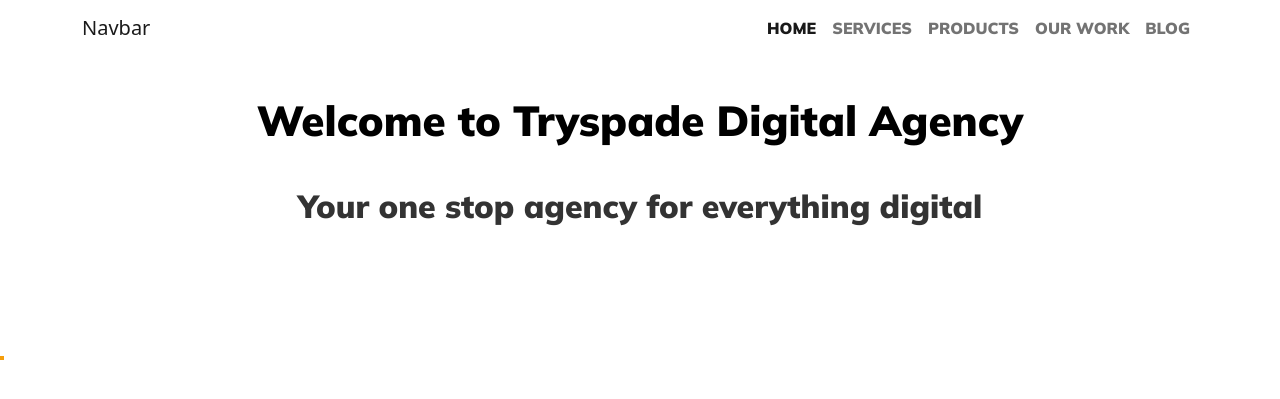
Repository: latenightsnacc/super-octo-fortnight
Page: index.html
These files come from the project's save history. The page is drawn as it stood at one moment and after the next save; the edit follows.
The browser window is 1280 px wide. The pictures show the whole page.
Some web libraries are served in a nearby version. The style sheet was rebuilt from its Sass, Less or Tailwind sources for each picture, by a compiler version that may differ from the author's.

Above is the page before, as saved 2021-01-29 12:14:19.

### index.html
<!DOCTYPE html>
<html lang="en">
<head>
    <meta charset="UTF-8">
    <meta name="viewport" content="width=device-width, initial-scale=1.0">
    <!--Tailwind 2.0.2-->
    <link href="https://cdnjs.cloudflare.com/ajax/libs/tailwindcss/2.0.2/tailwind.min.css" rel="stylesheet">
    <!--Font Awesome 5.15.1-->
    <link rel="stylesheet" href="https://cdnjs.cloudflare.com/ajax/libs/font-awesome/5.15.1/css/all.min.css" integrity="sha512-+4zCK9k+qNFUR5X+cKL9EIR+ZOhtIloNl9GIKS57V1MyNsYpYcUrUeQc9vNfzsWfV28IaLL3i96P9sdNyeRssA==" crossorigin="anonymous" />
    <!-- Bootstrap 5.0.0 Beta-->
    <link href="https://cdn.jsdelivr.net/npm/bootstrap@5.0.0-beta1/dist/css/bootstrap.min.css" rel="stylesheet" integrity="sha384-giJF6kkoqNQ00vy+HMDP7azOuL0xtbfIcaT9wjKHr8RbDVddVHyTfAAsrekwKmP1" crossorigin="anonymous" />
    <!-- UIkit CSS -->
    <link rel="stylesheet" href="https://cdn.jsdelivr.net/npm/uikit@3.6.9/dist/css/uikit.min.css" />
    <link rel="apple-touch-icon" sizes="180x180" href="/apple-touch-icon.png">
    <link rel="icon" type="image/png" sizes="32x32" href="/favicon-32x32.png">
    <link rel="icon" type="image/png" sizes="16x16" href="/favicon-16x16.png">
    <link rel="manifest" href="/site.webmanifest">
    <!--Custom Stylesheet-->
    <link rel="stylesheet" href="stylesheet/stylesheet.css">
    <title>TrySpade - Digital Agency</title>
</head>
<body class="overflow-x-hidden min-h-screen" >
    <main class="w-full mx-auto">
        <header>
            <nav class="navbar navbar-expand-lg navbar-light bg-white">
                <div class="container">
                  <a class="navbar-brand" href="#">Navbar</a>
                  <button class="navbar-toggler" type="button" data-bs-toggle="collapse" data-bs-target="#navbarSupportedContent" aria-controls="navbarSupportedContent" aria-expanded="false" aria-label="Toggle navigation">
                    <span class="navbar-toggler-icon"></span>
                  </button>
                  <div class="collapse navbar-collapse" id="navbarSupportedContent">
                    <ul class="navbar-nav ml-auto mb-2 mb-lg-0">
                        <li class="nav-item">
                            <a class="nav-link active text-base uppercase" aria-current="page" href="#">Home</a>
                        </li>
                        <li class="nav-item">
                            <a class="nav-link text-base uppercase" href="#">services</a>
                        </li>
                        <li class="nav-item">
                            <a class="nav-link text-base uppercase" href="#">products</a>
                        </li>
                        <li class="nav-item">
                            <a class="nav-link text-base uppercase" href="#">our work</a>
                        </li>
                        <li class="nav-item">
                            <a class="nav-link text-base uppercase" href="#">blog</a>
                        </li>

                    </ul>
                  </div>
                </div>
            </nav>
        </header>
        <section id="banner" class="bg-white w-full">
            <div class="container">
                <div class="relative flex flex-col items-center h-auto"></div>
                    <h1 class="text-black text-center">Welcome to Tryspade Digital Agency</h1>
                    <h2 class="text-center">Your one stop agency for everything digital</h2>
                    <!--BOXES-->
                    <div class="absolute bottom-50 left-0 ...">
                        <div class="border-2 border-yellow-500 bg-yellow-500 w-"></div>
                    </div>
            </div>
        </section>
        <!-- <svg xmlns="http://www.w3.org/2000/svg" viewBox="0 0 1440 320"><path fill="#0099ff" fill-opacity="1" d="M0,320L48,282.7C96,245,192,171,288,122.7C384,75,480,53,576,69.3C672,85,768,139,864,170.7C960,203,1056,213,1152,208C1248,203,1344,181,1392,170.7L1440,160L1440,0L1392,0C1344,0,1248,0,1152,0C1056,0,960,0,864,0C768,0,672,0,576,0C480,0,384,0,288,0C192,0,96,0,48,0L0,0Z"></path></svg> -->
        <!-- <svg xmlns="http://www.w3.org/2000/svg" viewBox="0 0 1440 320"><path fill="#0099ff" fill-opacity="1" d="M0,64L48,96C96,128,192,192,288,213.3C384,235,480,213,576,170.7C672,128,768,64,864,42.7C960,21,1056,43,1152,64C1248,85,1344,107,1392,117.3L1440,128L1440,0L1392,0C1344,0,1248,0,1152,0C1056,0,960,0,864,0C768,0,672,0,576,0C480,0,384,0,288,0C192,0,96,0,48,0L0,0Z"></path></svg> -->
    </main>
    <!-- UIkit JS -->
    <script src="https://cdn.jsdelivr.net/npm/uikit@3.6.9/dist/js/uikit.min.js"></script>
    <script src="https://cdn.jsdelivr.net/npm/uikit@3.6.9/dist/js/uikit-icons.min.js"></script>
    <script src="https://cdn.jsdelivr.net/npm/bootstrap@5.0.0-beta1/dist/js/bootstrap.bundle.min.js" integrity="sha384-ygbV9kiqUc6oa4msXn9868pTtWMgiQaeYH7/t7LECLbyPA2x65Kgf80OJFdroafW" crossorigin="anonymous"></script>
    <!-- Start of HubSpot Embed Code -->
  <script type="text/javascript" id="hs-script-loader" async defer src="//js.hs-scripts.com/9284931.js"></script>
  <!-- End of HubSpot Embed Code -->
</body>
</html>

### Stylesheet/stylesheet.scss
@import 'variables';

h1, h2, h3, h4, h5, h6, .nav-link {
    font-family: $fontBold;
}

### Stylesheet/_variables.scss
@import url('https://fonts.googleapis.com/css2?family=Mulish:wght@900&family=Open+Sans&display=swap');

$fontBold: 'Mulish', sans-serif;
$fontRegular:'Open Sans', sans-serif;

After the next save:
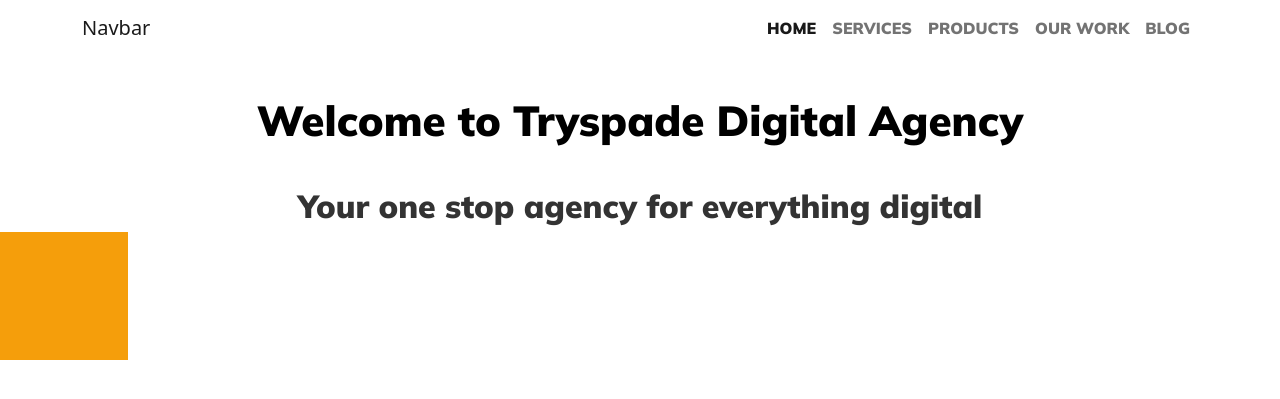
Saved 36 s later.
--- a/index.html
+++ b/index.html
@@ -58,7 +58,7 @@
                     <h2 class="text-center">Your one stop agency for everything digital</h2>
                     <!--BOXES-->
                     <div class="absolute bottom-50 left-0 ...">
-                        <div class="border-2 border-yellow-500 bg-yellow-500 w-"></div>
+                        <div class="border-2 border-yellow-500 bg-yellow-500 w-32 h-32"></div>
                     </div>
             </div>
         </section>
